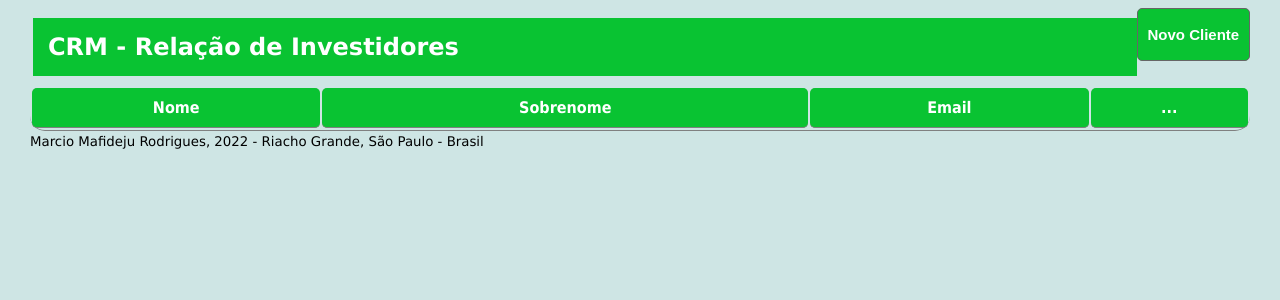
Repository: mafideju/CustomerTracker
Page: http://localhost/web-customer-tracker/WEB-INF/view/list-customers.jsp
An editor plug-in stored every save of this project. The page is shown before and after the next save, followed by the edit.
The browser window is 1280 px wide. The pictures show the whole page.
The page is served by Tomcat 9. Nobody is signed in. The template is opened directly, without the code that normally fills it, so the values that code supplies are empty.

Above is the page before, as saved 2022-01-27 16:04:47.

After the next save:
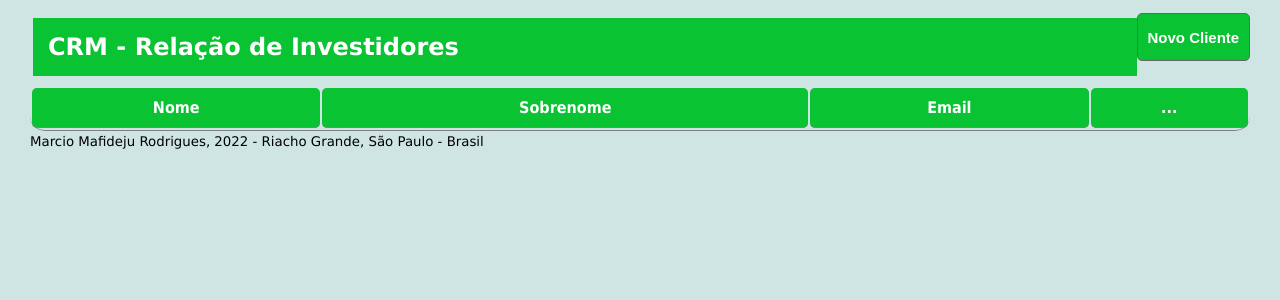
Saved 28 s later.
--- a/web-customer-tracker/WebContent/resources/css/style.css
+++ b/web-customer-tracker/WebContent/resources/css/style.css
@@ -37,6 +37,7 @@ tr:nth-child(odd) {background: #BBBBBB;}
 	font-size: 15px;
 	font-weight: bold;
 	margin-bottom: 15px;
+	margin-top: 5px;
 	padding: 5px 10px;
 	padding: 4px;
 	width: 120px;
